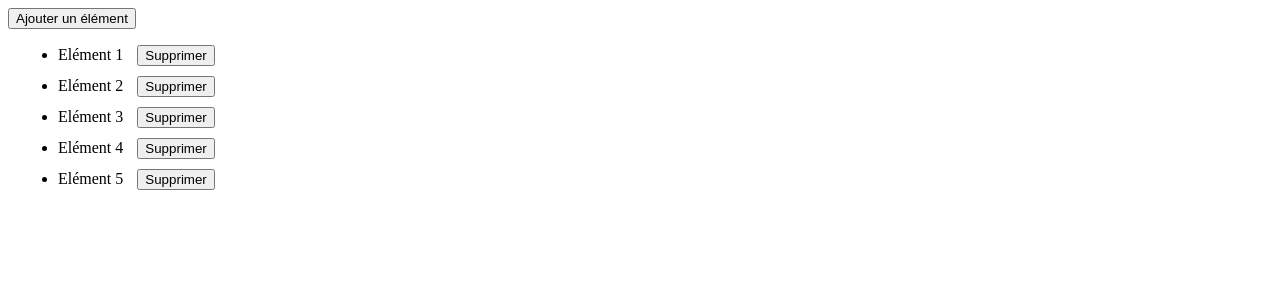
Repository: arione15/Livre_Serrion-Vue.js
Page: index.html
An editor plug-in stored every save of this project. The page is shown before and after a run of saves, followed by the edit.
The browser window is 1280 px wide. The pictures show the whole page.

Above is the page before, as saved 2021-09-08 12:25:04.

### index.html
<!DOCTYPE html>
<html lang="en">

<head>
    <meta charset="UTF-8">
    <meta http-equiv="X-UA-Compatible" content="IE=edge">
    <meta name="viewport" content="width=device-width, initial-scale=1.0">
    <title>Liste</title>
    <script src="https://cdn.jsdelivr.net/npm/vue/dist/vue.js"></script>
</head>

<body>

    <div id="root"></div>

</body>

<script>
    const vm = new Vue({
        el: "div#root",
        template: `
            <div>
                <button v-on:click="ajouter()">Ajouter un élément</button>
                <ul>
                    <li v-for="(element, index) of elements" style="margin:10px"> {{element.text}}
                    <button v-on:click="supprimer(index)" style="margin-left:10px">Supprimer</button>
                </li>
                </ul>
                <span v-if="elements.length === 0">La liste est vide !!</span>
            </div>
        `,
        data: {
            elements: [
                { text: "Elément 1", modifyOn: false },
                { text: "Elément 2", modifyOn: false },
                { text: "Elément 3", modifyOn: false },
                { text: "Elément 4", modifyOn: false },
                { text: "Elément 5", modifyOn: false },
            ]
        },
        methods: {
            supprimer(index){

            }



        }
    })
</script>

</html>

After the next 2 saves:
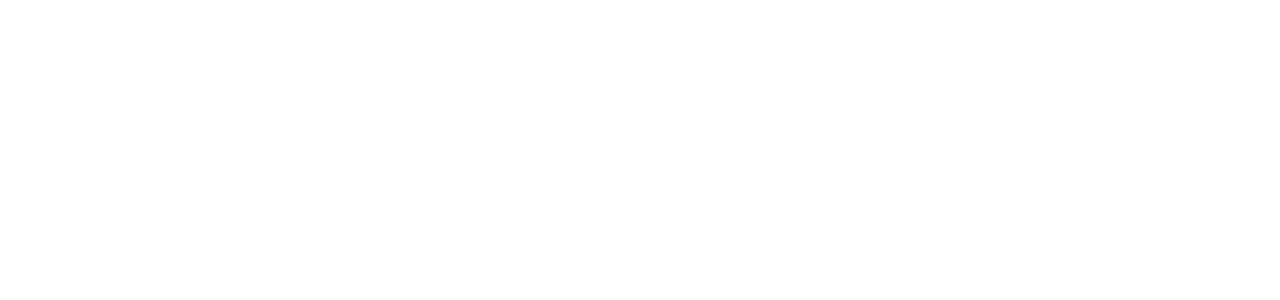
Console error: SyntaxError: Unexpected token '}'
The 2 saves are shown as one change because they came seconds apart.
The last was saved 18 s later.
--- a/index.html
+++ b/index.html
@@ -40,7 +40,7 @@
         },
         methods: {
             supprimer(index){
-
+                this.elements =
             }
 
 

After the save that followed:
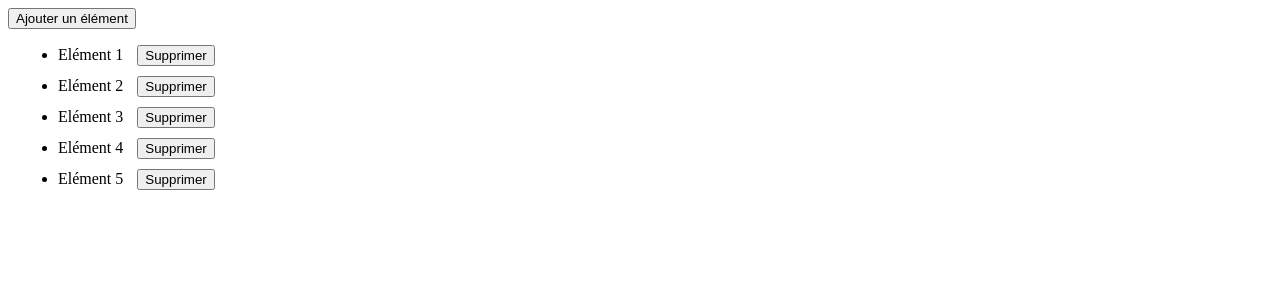
The error is gone.
Saved 5 s later.
--- a/index.html
+++ b/index.html
@@ -40,7 +40,7 @@
         },
         methods: {
             supprimer(index){
-                this.elements =
+                this.elements = this.elements
             }
 
 
